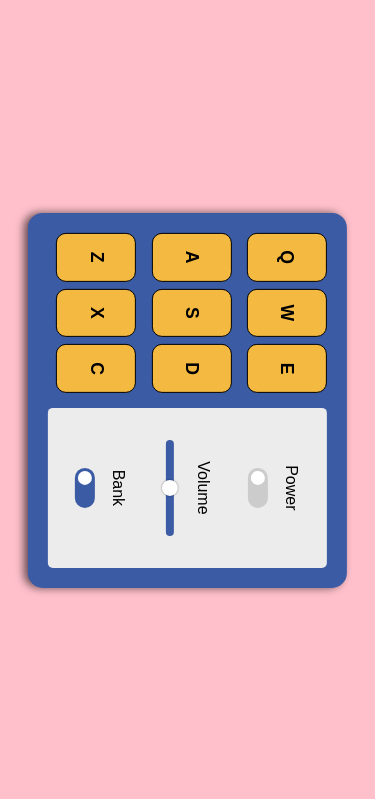
Repository: alfredoleano/drum-machine
Page: /
An editor plug-in stored every save of this project. The page is shown before and after the next save, followed by the edit.
The browser window is 375 px wide. The pictures show the whole page.
The project was rebuilt for these pictures with package versions that can differ from the ones it lists, and the page was loaded fresh each time.

Above is the page before, as saved 2024-06-11 20:23:08.

### src/App.js
import { useEffect, useState } from 'react';
import './App.css';
import './styles.scss';

function App() {
  const bank1 = {
    Q: 'sounds/Heater-1.mp3',
    W: 'sounds/Heater-2.mp3',
    E: 'sounds/Heater-3.mp3',
    A: 'sounds/Heater-4_1.mp3',
    S: 'sounds/Heater-6.mp3',
    D: 'sounds/Dsc_Oh.mp3',
    Z: 'sounds/Kick_n_Hat.mp3',
    X: 'sounds/RP4_KICK_1.mp3',
    C: 'sounds/Cev_H2.mp3'
  };

  const bank2 = {
    Q: 'sounds/piano.mp3',
    W: 'sounds/jazz.wav',
    E: 'sounds/bangu.wav',
    A: 'sounds/num.wav',
    S: 'sounds/stroke.wav',
    D: 'sounds/cymbals.wav',
    Z: 'sounds/tom.wav',
    X: 'sounds/kick.wav',
    C: 'sounds/snare.wav'
  };

  const [volume, setVolume] = useState(50); // initial sound value
  const [power, setPower] = useState(false); //initial power volume
  const [bank, setBank] = useState(bank1); // initial bank value
  const [isBank1, setIsBank1] = useState(true); // initial bank toggle state

  // Function to change volume
  const changeVolume = (event) => {
    setVolume(event.target.value); // Update the state with current value of the volume slider
  };

  // Function to toggle power
  const togglePower = () => {
    setPower(!power);
  };

  // Function to switch Banks
  const toggleBank = () => {
    setBank(isBank1 ? bank2 : bank1);
    setIsBank1(!isBank1);
  }

  // Function to play sound
  const playSound = (id) => {
    if(!power) return; // Check if the power is on
    const audio = new Audio(bank[id]);
    audio.volume = volume / 100; // initial sound volume
    audio.currentTime = 0; // Set audio to beginning
    audio.play();
  };

  // Use useEffect to add event listener for keydown events
  useEffect(() => {
    // Make the approptiate key play the approptiate sound
    const handleKeydown = (event) => {
      const key = event.key.toUpperCase();
      if(['Q', 'W', 'E', 'A', 'S', 'D', 'Z', 'X', 'C'].includes(key)) {
        playSound(key);

        // Add active class to the button
        const button = document.getElementById(`button-${key}`);
        if(button) {
          button.classList.add('active');
        }
      }
    };

    const handleKeyup = (event) => {
      const key = event.key.toUpperCase();
      if (['Q', 'W', 'E', 'A', 'S', 'D', 'Z', 'X', 'C'].includes(key)) {
        // Remove active class from the button
        const button = document.getElementById(`button-${key}`);
        if (button) {
          button.classList.remove('active');
        }
      }
    };

    // Add keydown event listener
    window.addEventListener('keydown', handleKeydown);
    window.addEventListener('keyup', handleKeyup);

    // Cleanup event listener on component unmount
    return () => {
      window.removeEventListener('keydown', handleKeydown);
      window.removeEventListener('keyup', handleKeyup);
    };
  }, [volume, power, bank]);

  return (
    <div className="App">
      <div id='drum-machine'>
        <div id='display'>
          <div className='buttons-grid'>
            <button id="button-Q" onClick={() => playSound('Q')}>Q</button>
            <button id="button-W" onClick={() => playSound('W')}>W</button>
            <button id="button-E" onClick={() => playSound('E')}>E</button>
            <button id="button-A" onClick={() => playSound('A')}>A</button>
            <button id="button-S" onClick={() => playSound('S')}>S</button>
            <button id="button-D" onClick={() => playSound('D')}>D</button>
            <button id="button-Z" onClick={() => playSound('Z')}>Z</button>
            <button id="button-X" onClick={() => playSound('X')}>X</button>
            <button id="button-C" onClick={() => playSound('C')}>C</button>
          </div>

          <div className='controls'>
            <div className='settings'>
              <label>Power</label>
              {/* Rounded switch */}
              <label className="switch">
                <input type="checkbox" checked={power} onChange={togglePower}/>
                <span className="slider round"></span>
              </label>
            </div>

            <div className='settings'>
              <label>Volume</label>
              <input
                type='range'
                min={0}
                max={100}
                value={volume}
                onChange={changeVolume}
                className='blue'
              />
            </div>

            <div className='settings'>
              <label>Bank</label>
              <label className="switch">
                <input type="checkbox" checked={!isBank1} onChange={toggleBank}/>
                <span className="slider bank"></span>
              </label>
            </div>
          </div>
        </div>
      </div>
    </div>
  );
}

export default App;

### src/styles.scss
$primary-color: #E87A5D;
$secondary-color: #F3B941;
$tertiary-color: #3B5BA5;

/* Apply box-sizing: border-box globally */
*,
*::before,
*::after {
  box-sizing: border-box;
}

body {
  box-sizing: border-box;
  font-family: Arial, sans-serif;
  background-color: $primary-color;
  margin: 0;
  padding: 0;
  height: 100vh;
  // display: flex;
  // align-items: center;
  // justify-content: center;
}

#drum-machine {
  width: 100vw;
  height: 100vh;
  display: flex;
  align-items: center;
  justify-content: center;
  // background-color: greenyellow;
}

#display {
  background-color: $tertiary-color;
  width: 85%;
  max-width: 590px;
  margin: 30px auto;
  padding: 20px;
  border-radius: 15px;
  box-shadow: 0 4px 8px rgba(0, 0, 0, 0.6); /* Subtle shadow */
  display: grid;
  grid-template-columns: 1fr 1fr;
  grid-auto-columns: min-content;
  gap: 15px;
}

.buttons-grid {
  display: grid;
  grid-template-columns: repeat(3, 1fr);
  grid-template-rows: repeat(3, 1fr);
  gap: 7px;
  width: 100%;
}

.buttons-grid button {
  width: 100%px;
  height: 80px;
  // width: 100%;
  // height: 100%;
  border-radius: 10px;
  border: 1px solid #000;
  // border: none;
  font-weight: 800;
  font-size: 1.1rem;
  cursor: pointer;
  outline: none;
  background-color: #F3B941;
}

.buttons-grid button:active {
  background-color: #f1c979;
}

// For keydown event
.buttons-grid button.active {
  background-color: #f1c979;
}

.controls {
  padding: 10px;
  width: 100%;
  display: flex;
  align-items: center;
  justify-content: center;
  flex-direction: column;
  border-radius: 5px;
  background-color: #ececec;
}

.settings {
  display: flex;
  flex-direction: column;
  justify-content: space-around;
  align-items: center;
  padding: 10px;
  height: 35%;
  width: 100%;
  // background-color: #E87A5D;
}


/********************* Rounded switch styling ***********************/

/* The switch - the box around the slider */
.switch {
  position: relative;
  display: inline-block;
  width: 40px;
  height: 20px;
  // margin-top: 5px;
}

/* Hide default HTML checkbox */
.switch input {
  opacity: 0;
  width: 0;
  height: 0;
}

/* The slider */
.slider {
  position: absolute;
  cursor: pointer;
  top: 0;
  left: 0;
  right: 0;
  bottom: 0;
  background-color: #ccc;
  -webkit-transition: .4s;
  transition: .4s;
  border-radius: 25px;
}

.slider.bank {
  background: $tertiary-color;
}

.slider:before {
  position: absolute;
  content: "";
  height: 14px;
  width: 14px;
  left: 3px;
  bottom: 3px;
  background-color: white;
  -webkit-transition: .4s;
  transition: .4s;
  border-radius: 50%;
}

input:checked + .slider {
  background-color: $tertiary-color;
}

input:focus + .slider {
  box-shadow: 0 0 1px $tertiary-color;
}

input:checked + .slider:before {
  -webkit-transform: translateX(20px);
  -ms-transform: translateX(20px);
  transform: translateX(20px);
}

/* Rounded sliders */
.slider.round {
  border-radius: 34px;
}

.slider.round:before {
  border-radius: 50%;
}


/********************* Volume slider styling ***********************/
/* Style the range input */
input[type="range"] {
  appearance: none; /* Standard property */
  -webkit-appearance: none; /* WebKit browsers (Chrome, Safari, iOS) */
  -moz-appearance: none; /* Firefox */
  -ms-appearance: none; /* Internet Explorer and Edge */
  width: 80%;
  height: 8px; /* Adjust height as needed */
  background: $tertiary-color; /* Track color */
  border-radius: 5px;
  outline: none;
  opacity: 1;
  transition: opacity .2s;
}

/* Style the thumb for WebKit browsers (e.g., Chrome, Safari) */
input[type="range"]::-webkit-slider-thumb {
  -webkit-appearance: none; /* Remove default styling */
  appearance: none;
  width: 16px; /* Adjust thumb width as needed */
  height: 16px; /* Adjust thumb height as needed */
  background: #ffffff; /* Thumb color */
  border-radius: 50%; /* Make thumb round */
  cursor: pointer;
  box-shadow: 0 0 2px rgba(0, 0, 0, 0.5);
}


/* Style the thumb for Firefox */
input[type="range"]::-moz-range-thumb {
  -moz-appearance: none; /* Remove default styling */
  appearance: none; /* Standard property */
  width: 16px; /* Adjust thumb width as needed */
  height: 16px; /* Adjust thumb height as needed */
  background: #ffffff; /* Thumb color */
  border-radius: 50%; /* Make thumb round */
  cursor: pointer;
  box-shadow: 0 0 2px rgba(0, 0, 0, 0.5);
}

/* Style the thumb for Internet Explorer */
input[type="range"]::-ms-thumb {
  -ms-appearance: none; /* Remove default styling */
  appearance: none; /* Standard property */
  width: 16px; /* Adjust thumb width as needed */
  height: 16px; /* Adjust thumb height as needed */
  background: #ffffff; /* Thumb color */
  border-radius: 50%; /* Make thumb round */
  cursor: pointer;
  box-shadow: 0 0 2px rgba(0, 0, 0, 0.5);
}

/* Style the track for Internet Explorer */
input[type="range"]::-ms-track {
  width: 75%;
  height: 8px; /* Adjust height as needed */
  background: $tertiary-color; /* Track color */
  border-color: transparent;
  color: transparent;
  border-radius: 5px;
}

/******************** Mobile Design **********************/
@media screen and (max-width: 490px) {
  body {
    display: flex;
    justify-content: center;
    align-items: center;
  }

  #drum-machine {
    height: 100vh;
    width: 100vw;
    overflow: hidden;
    background-color: pink;
  }

  #display {
    transform: rotate(90deg);
    // max-width: 100vh;
    width: 95vh;
    height: 85vw;
  }

  .App {
    display: flex;
    justify-content: center;
    align-items: center;
    height: 100vh;
  }
}

Loaded but not shown: public/index.html (common file); src/index.js (common file); src/index.css (common file); src/reportWebVitals.js (common file); src/App.css (common file)

After the next save:
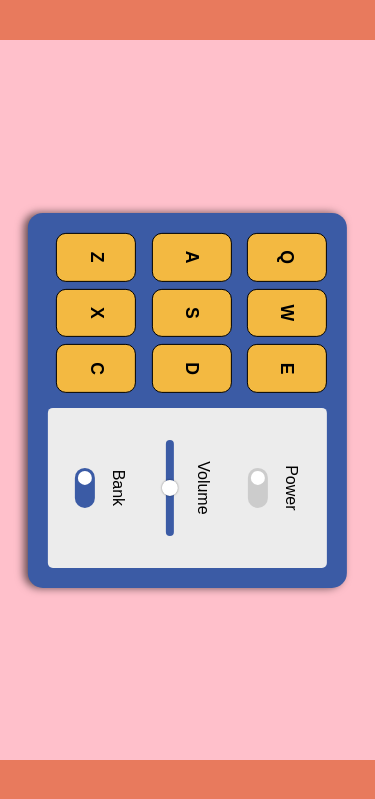
Saved 71 s later.
--- a/src/styles.scss
+++ b/src/styles.scss
@@ -244,7 +244,7 @@ input[type="range"]::-ms-track {
   }
 
   #drum-machine {
-    height: 100vh;
+    height: 90vh;
     width: 100vw;
     overflow: hidden;
     background-color: pink;
